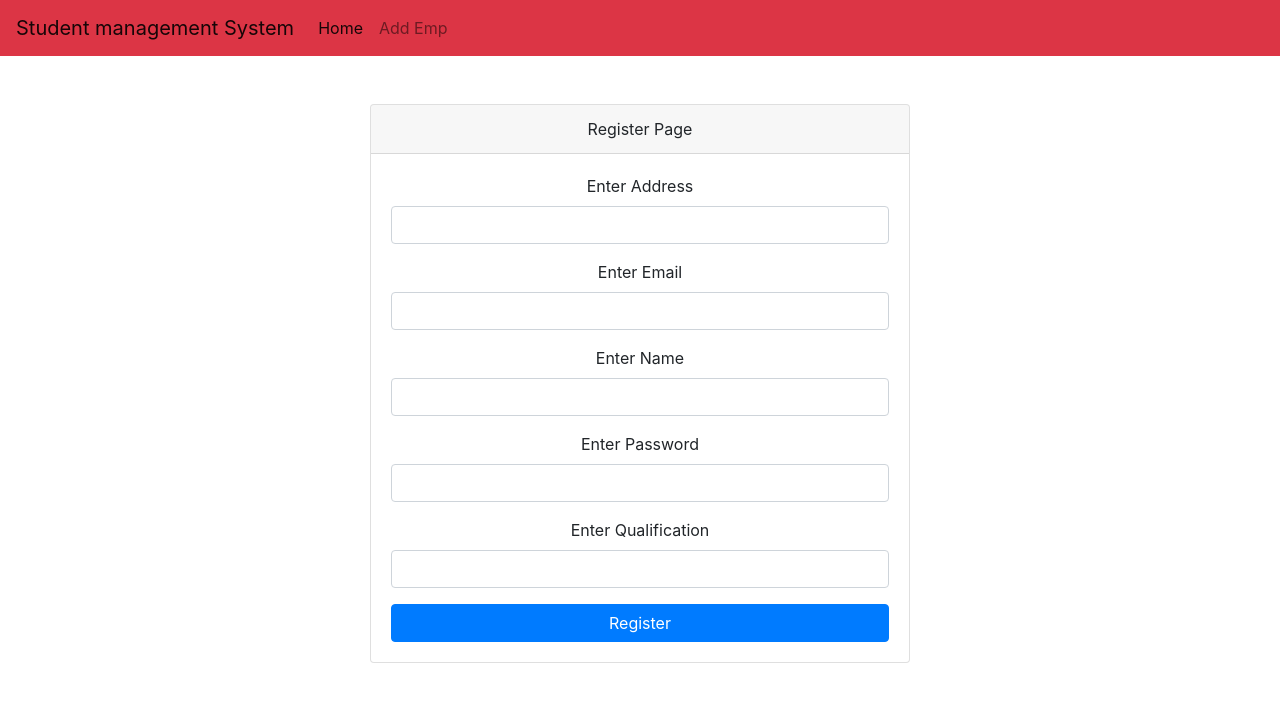
Repository: arindolghosh44/spring
Page: http://localhost/addEmp
These files come from the project's save history. The page is drawn as it stood at one moment and after the next save; the edit follows.
The browser window is 1280 px wide. The pictures show the whole page.
Some web libraries are served in a nearby version. The page is this project's Thymeleaf template; nobody is signed in. The template is opened directly, without the code that normally fills it, so the values that code supplies are empty.

Above is the page before, as saved 2024-01-20 04:28:24.

### emp_management_System1-1/src/main/resources/templates/addEmp.html
<!doctype html>
<html lang="en">
  <head>
    <!-- Required meta tags -->
    <meta charset="utf-8">
    <meta name="viewport" content="width=device-width, initial-scale=1, shrink-to-fit=no">

    <!-- Bootstrap CSS -->
    <link rel="stylesheet" href="https://cdn.jsdelivr.net/npm/bootstrap@4.0.0/dist/css/bootstrap.min.css" integrity="sha384-Gn5384xqQ1aoWXA+058RXPxPg6fy4IWvTNh0E263XmFcJlSAwiGgFAW/dAiS6JXm" crossorigin="anonymous">

    <title>home page</title>
  </head>
  <body>
    <!-- Navbar -->



      <nav class="navbar navbar-expand-lg navbar-light bg-danger">
  <a class="navbar-brand" href="#">Student management System</a>
  <button class="navbar-toggler" type="button" data-toggle="collapse" data-target="#navbarSupportedContent" aria-controls="navbarSupportedContent" aria-expanded="false" aria-label="Toggle navigation">
    <span class="navbar-toggler-icon"></span>
  </button>

  <div class="collapse navbar-collapse" id="navbarSupportedContent">
    <ul class="navbar-nav mr-auto">
      <li class="nav-item active">
        <a class="nav-link" href="/">Home <span class="sr-only">(current)</span></a>
      </li>
      <li class="nav-item-active">
        <a class="nav-link" href="addEmp">Add Emp</a>
      </li>


    </ul>

  </div>
</nav>



















    <div class="container mt-5 text-center">
   <div class="row">
				<div class="col-md-6 offset-md-3">
					<div class="card">
						<div class="card-header text-center fs-4">Register Page</div>




						<div class="card-body">
							<form action="createUser" method="post">
							<div class="mb-3">
									<label>Enter Address</label> <input type="text" name="address"
										class="form-control">
								</div>

								<div class="mb-3">
									<label>Enter Email</label> <input type="text" name="email"
										class="form-control">
								</div>
								<div class="mb-3">
									<label>Enter Name</label> <input type="text"
										name="full_name" class="form-control">
								</div>
								<div class="mb-3">
									<label>Enter Password</label> <input type="text"
										name="password" class="form-control">
								</div>


								<div class="mb-3">
									<label>Enter Qualification</label> <input type="text"
										name="qualification" class="form-control">
								</div>

								<button class="btn btn-primary col-md-12">Register</button>
							</form>
						</div>
					</div>
				</div>
			</div>



    </div>











































    <!-- Navbar -->

    <!-- Optional JavaScript -->
    <!-- jQuery first, then Popper.js, then Bootstrap JS -->
    <script src="https://code.jquery.com/jquery-3.2.1.slim.min.js" integrity="sha384-KJ3o2DKtIkvYIK3UENzmM7KCkRr/rE9/Qpg6aAZGJwFDMVNA/GpGFF93hXpG5KkN" crossorigin="anonymous"></script>
    <script src="https://cdn.jsdelivr.net/npm/popper.js@1.12.9/dist/umd/popper.min.js" integrity="sha384-ApNbgh9B+Y1QKtv3Rn7W3mgPxhU9K/ScQsAP7hUibX39j7fakFPskvXusvfa0b4Q" crossorigin="anonymous"></script>
    <script src="https://cdn.jsdelivr.net/npm/bootstrap@4.0.0/dist/js/bootstrap.min.js" integrity="sha384-JZR6Spejh4U02d8jOt6vLEHfe/JQGiRRSQQxSfFWpi1MquVdAyjUar5+76PVCmYl" crossorigin="anonymous"></script>
  </body>
</html>

After the next save:
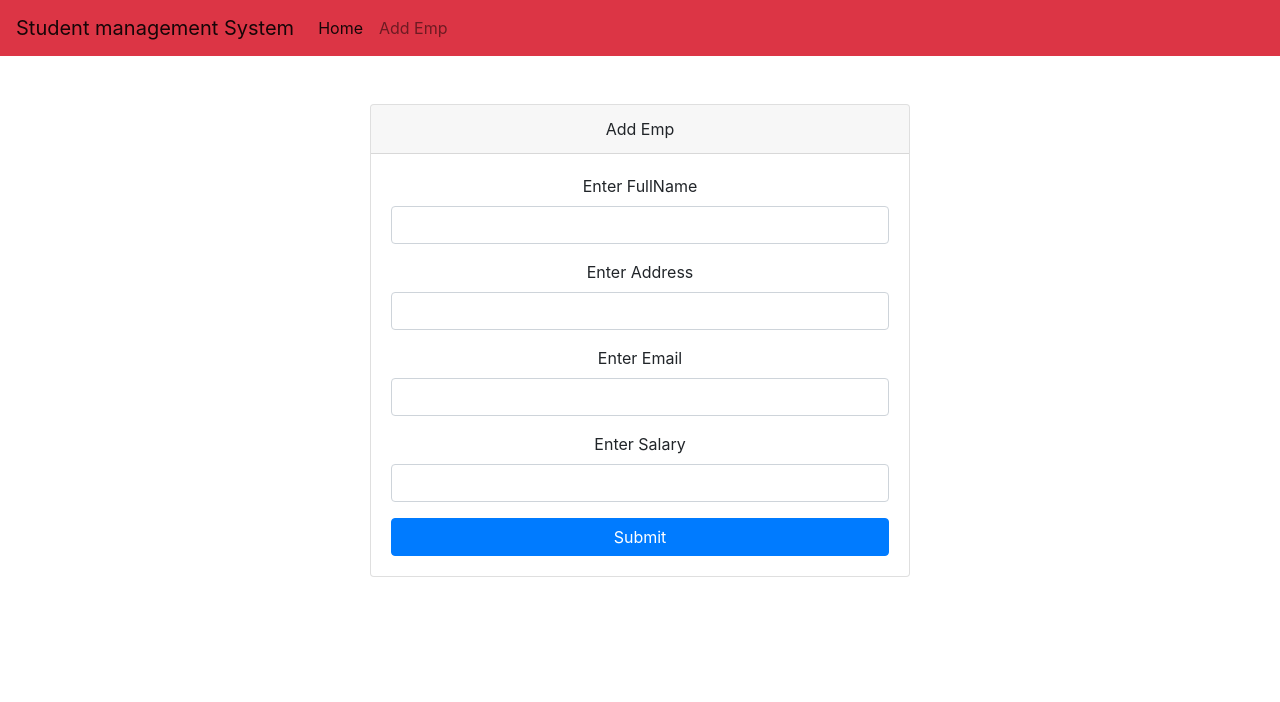
Saved 3 min 1 s later.
--- a/emp_management_System1-1/src/main/resources/templates/addEmp.html
+++ b/emp_management_System1-1/src/main/resources/templates/addEmp.html
@@ -58,7 +58,7 @@
    <div class="row">
 				<div class="col-md-6 offset-md-3">
 					<div class="card">
-						<div class="card-header text-center fs-4">Register Page</div>
+						<div class="card-header text-center fs-4">Add Emp</div>
 
 
 
@@ -66,30 +66,27 @@
 						<div class="card-body">
 							<form action="createUser" method="post">
 							<div class="mb-3">
-									<label>Enter Address</label> <input type="text" name="address"
+									<label>Enter FullName</label> <input type="text" name="fullname"
 										class="form-control">
 								</div>
 
 								<div class="mb-3">
-									<label>Enter Email</label> <input type="text" name="email"
+									<label>Enter Address</label> <input type="text" name="address"
 										class="form-control">
 								</div>
 								<div class="mb-3">
-									<label>Enter Name</label> <input type="text"
-										name="full_name" class="form-control">
-								</div>
-								<div class="mb-3">
-									<label>Enter Password</label> <input type="text"
-										name="password" class="form-control">
+									<label>Enter Email</label> <input type="email"
+										name="emailAdd" class="form-control">
 								</div>
 
 
+
 								<div class="mb-3">
-									<label>Enter Qualification</label> <input type="text"
-										name="qualification" class="form-control">
+									<label>Enter Salary</label> <input type="text"
+										name="salary" class="form-control">
 								</div>
 
-								<button class="btn btn-primary col-md-12">Register</button>
+								<button class="btn btn-primary  text-center col-md-12">Submit</button>
 							</form>
 						</div>
 					</div>
